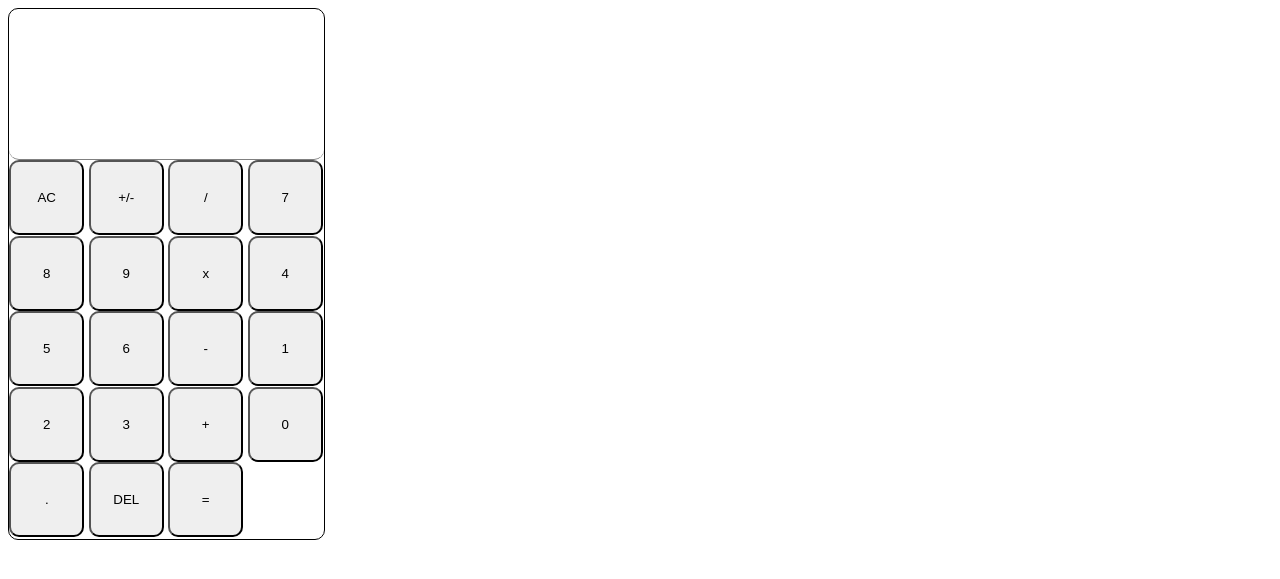
Repository: baziz22/Vanilla_JS_Projects
Page: claculator/index.html
An editor plug-in stored every save of this project. The page is shown before and after the next save, followed by the edit.
The browser window is 1280 px wide. The pictures show the whole page.

Above is the page before, as saved 2022-02-28 08:26:13.

### claculator/index.html
<!DOCTYPE html>
<html lang="en">
  <head>
    <meta charset="UTF-8" />
    <meta http-equiv="X-UA-Compatible" content="IE=edge" />
    <meta name="viewport" content="width=device-width, initial-scale=1.0" />
    <link rel="stylesheet" href="style.css" />
    <script src="script.js" defer></script>
    <title>Calculator</title>
  </head>
  <body>
    <div class="container">
      <div class="wrapper">
        <div id="output"></div>
        <button class="btn" id="ac">AC</button>
        <button class="btn" id="negative">+/-</button>
        <button class="btn" id="divide">/</button>
        <button class="btn">7</button>
        <button class="btn">8</button>
        <button class="btn">9</button>
        <button class="btn" id="multiply">x</button>
        <button class="btn">4</button>
        <button class="btn">5</button>
        <button class="btn">6</button>
        <button class="btn" id="minus">-</button>
        <button class="btn">1</button>
        <button class="btn">2</button>
        <button class="btn">3</button>
        <button class="btn" id="plus">+</button>
        <button class="btn">0</button>
        <button class="btn">.</button>
        <button class="btn" id="delete">DEL</button>
        <button class="btn" id="equal">=</button>
      </div>
    </div>
  </body>
</html>

### claculator/style.css
.wrapper {
  border: 1px solid black;
  border-radius: 10px;
  width: 315px;
  height: 530px;
}
button {
  margin: 0.25px;
  width: 75px;
  height: 75px;
  border-radius: 10px;
}
#output {
  width: 315px;
  height: 150px;
  border-bottom: 1px solid gray;
  border-radius: 10px;
}

### claculator/script.js
const output = document.getElementById('output');
const reset = document.getElementById('ac');
const btn = document.querySelectorAll('.btn');
function clear() {}
function digitDelete() {}
function appendNumber() {}
function chooseOperation(operation) {}
function compute() {}
function updateDisplay() {}

function print() {
  console.log(this.value);
}
btn.forEach(element => {
  element.addEventListener('click', print, true);
});

After the next save:
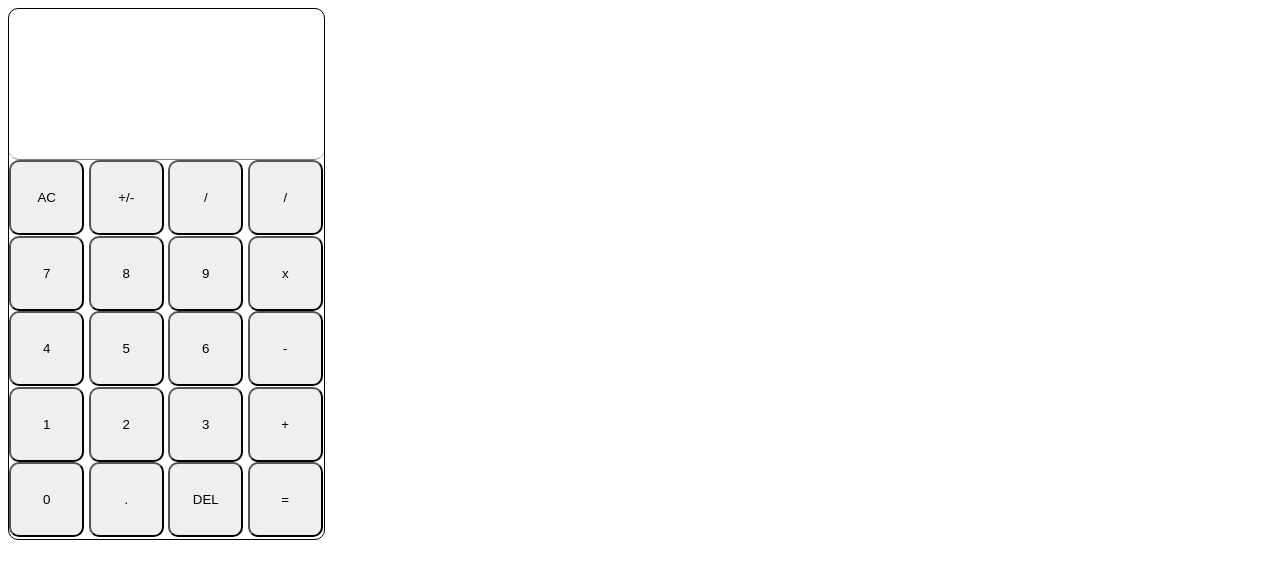
Saved 73 s later.
--- a/claculator/index.html
+++ b/claculator/index.html
@@ -14,6 +14,7 @@
         <div id="output"></div>
         <button class="btn" id="ac">AC</button>
         <button class="btn" id="negative">+/-</button>
+        <button class="btn" id="divide">/</button>
         <button class="btn" id="divide">/</button>
         <button class="btn">7</button>
         <button class="btn">8</button>
